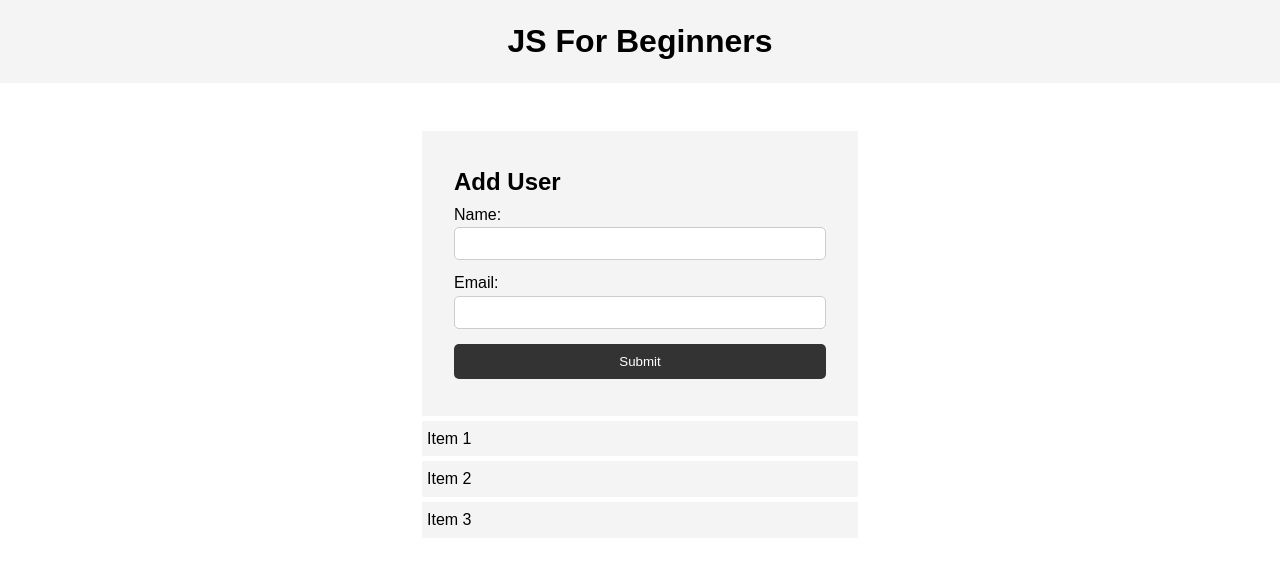
Repository: balkisys/FormationFullStackJS
Page: index.html
The author's editor kept a copy of each file at every save. The page is drawn from the files as they stood at one save, then again after the next save.
The browser window is 1280 px wide. The pictures show the whole page.

Above is the page before, as saved 2021-03-17 19:59:34.

After the next save:
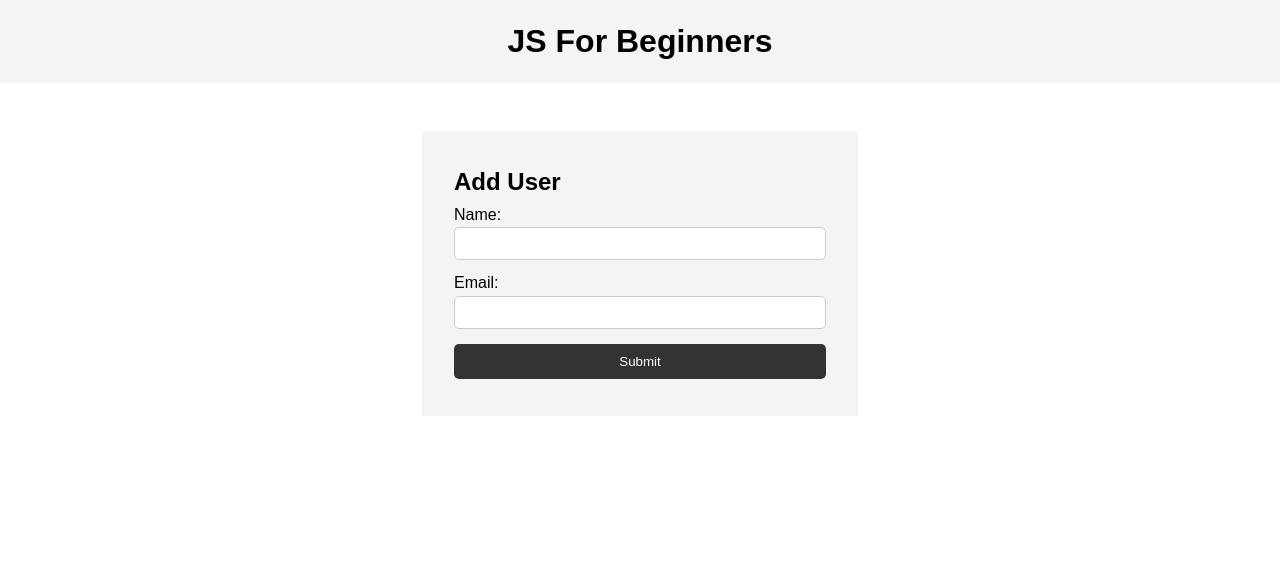
Saved 53 s later.
--- a/test.js
+++ b/test.js
@@ -255,3 +255,5 @@
 
 //const items = document.querySelectorAll('.item');
 //items.forEach((item) => console.log(item));
+const ul = document.querySelector('.items');
+ul.remove();

After the save that followed:
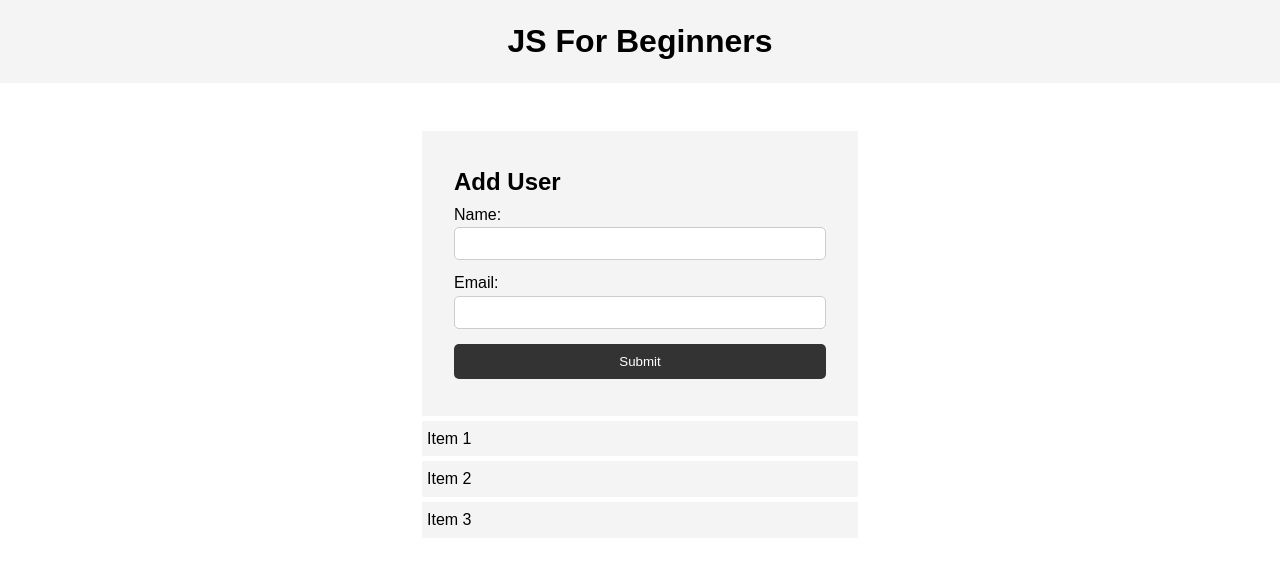
Saved 3 min 40 s later.
--- a/test.js
+++ b/test.js
@@ -255,5 +255,5 @@
 
 //const items = document.querySelectorAll('.item');
 //items.forEach((item) => console.log(item));
-const ul = document.querySelector('.items');
-ul.remove();
+//const ul = document.querySelector('.items');
+//ul.remove();
